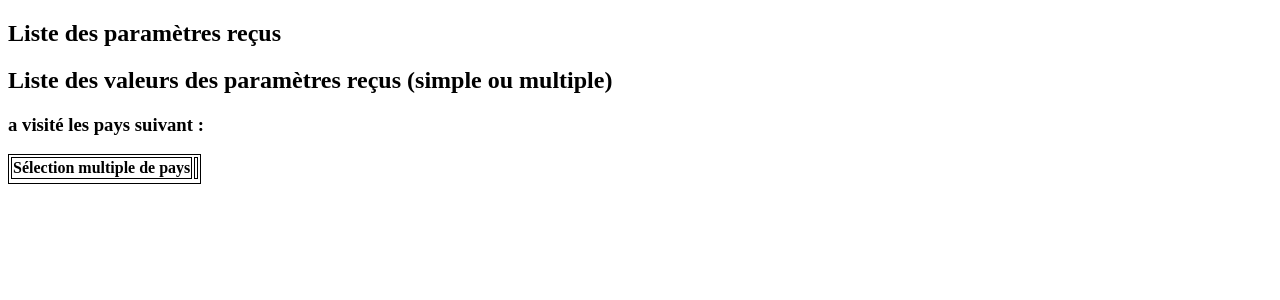
Repository: big73/NFE114
Page: http://localhost/Seance3_params_JSP/afficheForm.jsp
The author's editor kept a copy of each file at every save. The page is drawn from the files as they stood at one save, then again after the next save.
The browser window is 1280 px wide. The pictures show the whole page.
The page is served by Tomcat 9.

Above is the page before, as saved 2015-12-28 14:56:57.

After the next save:
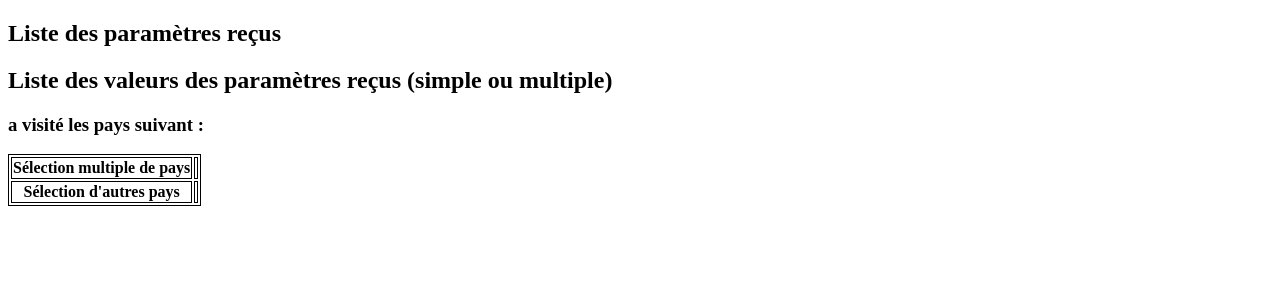
Saved 41 s later.
--- a/Seance3_params_JSP/WebContent/afficheForm.jsp
+++ b/Seance3_params_JSP/WebContent/afficheForm.jsp
@@ -42,6 +42,10 @@
 			</td>
 		</tr>
 		<tr>
+			<th>Sélection d'autres pays</th>
+			<td>
+
+			</td>
 		</tr>
 	</table>
 
